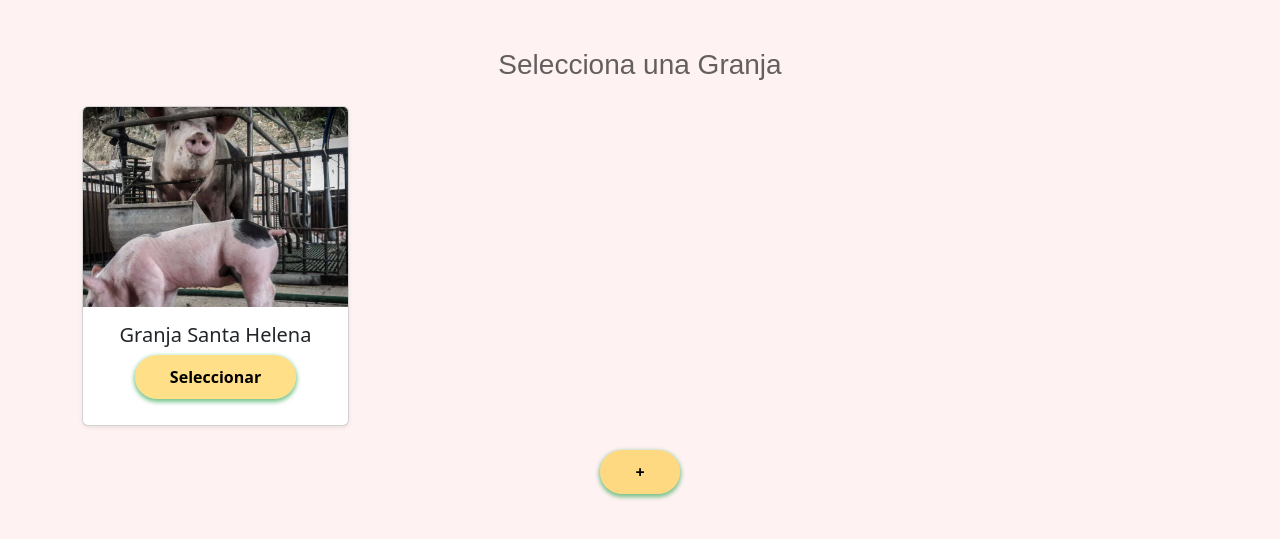
Repository: Mateojimenezz/Granja-Santa-Helena
Page: seleccionarGranja.html
An editor plug-in stored every save of this project. The page is shown before and after a run of saves, followed by the edit.
The browser window is 1280 px wide. The pictures show the whole page.
Some web fonts or font styles are not loaded; a fallback is used.

Above is the page before, as saved 2025-05-13 09:24:54.
Console error: SyntaxError: Unexpected token '}'

### seleccionarGranja.html
<!DOCTYPE html>
<html lang="es">
<head>
    <meta charset="UTF-8">
    <meta name="viewport" content="width=device-width, initial-scale=1.0">
    <title>La Granja</title>
    <link href="https://cdn.jsdelivr.net/npm/bootstrap@5.3.3/dist/css/bootstrap.min.css" rel="stylesheet" integrity="sha384-QWTKZyjpPEjISv5WaRU9OFeRpok6YctnYmDr5pNlyT2bRjXh0JMhjY6hW+ALEwIH" crossorigin="anonymous">

    <link rel="stylesheet" href="./assets/css/seleccionarGranja.css">
    <link rel="stylesheet" href="https://cdn.jsdelivr.net/npm/bootstrap-icons@1.11.3/font/bootstrap-icons.min.css">
    <link href="https://fonts.googleapis.com/css2?family=Calistoga&display=swap" rel="stylesheet">

  </head>
<body>
    <div class="container mt-5">
        <h3 class="text-center mb-4">Selecciona una Granja</h3>

        <div class="row g-3" id="granjas-list">
            <!-- Primera granja fija -->
            <div class="col-md-3">
                <div class="card shadow-sm">
                    <img src="./assets/img/granja2.jpg" class="card-img-top" alt="Santa Helena">
                    <div class="card-body text-center">
                        <h5 class="card-title">Granja Santa Helena</h5>
                        <button class="btn btn-form" onclick="seleccionarGranja('Santa Helena')">Seleccionar</button>
                    </div>
                </div>
            </div>

            <!-- Aquí se agregarán las granjas dinámicamente -->
        </div>

        <!-- Botón para ir a la página de agregar nueva granja -->
        <div class="text-center mt-4">
            <a id="agregar-granja" href="agregarGranja.html" class="btn btn-form "> + </a>
        </div>
    </div>






  <!-- bootstrap JS -->
  <script src="https://cdn.jsdelivr.net/npm/bootstrap@5.3.3/dist/js/bootstrap.bundle.min.js" integrity="sha384-YvpcrYf0tY3lHB60NNkmXc5s9fDVZLESaAA55NDzOxhy9GkcIdslK1eN7N6jIeHz" crossorigin="anonymous"></script>
  <script src="./assets/js/seleccionarGranja.js"></script>




</body>

</html>

### assets/css/seleccionarGranja.css

@import "./variables.css";
body{
    background-color: var( --color-FondoDiv2);
}
.granja-container {
    display: flex;
    flex-wrap: wrap;
    gap: 20px;
}
.container h3 {
    text-align: center;
    margin-bottom: 20px;
    color: var(--color-TextoMenuLateral);
    font-family: var(--font-principal);
}
.granja-card {
    width: 150px;
    margin: 10px;
    padding: 10px;
    border: 1px solid #ccc;
    border-radius: 8px;
    text-align: center;
    box-shadow: 2px 2px 10px rgba(0,0,0,0.2);
}



.granja-card button {
    margin-top: 10px;
    background-color: #007bff;
    color: white;
    border: none;
    padding: 5px 10px;
    cursor: pointer;
    border-radius: 5px;
}
.card-img-top {
    width: 100%;
    height: 200px; /* Ajusta según el diseño */
    object-fit: cover; /* Recorta la imagen para que se ajuste sin deformarse */

}
.btn-form{
    background-color: var(  --color-Botones);
    padding: 10px 35px;
    margin-bottom: 10px;
    border: none;
    border-radius: 30px;
    color: black;
    font-weight: bold;
    box-shadow: 0 2px 4px 1px  rgba(25, 157, 60, 0.6) /* Sombra verde */

  }
  .btn-form:hover {
    background-color: #f4cf50; /* Tonalidad más oscura */
    color: black;
  }
  .btn-form:active {
    background-color:var(--color-principal)!important;
    color: white !important;
    box-shadow: none !important;
  }
  #granjas-list {
    display: flex;
    flex-wrap: wrap; /* Las granjas se acomodan automáticamente */
    gap: 15px; /* Espaciado entre granjas */
}

#agregar-granja {
    align-self: flex-start; /* Asegura que el botón se mantenga al lado */
}

### assets/js/seleccionarGranja.js
// ✅ Mostrar vista previa de imagen antes de guardarla
document.getElementById("imagen")?.addEventListener("change", function(event) {
    const file = event.target.files[0];
    const reader = new FileReader();

    reader.onload = function() {
        document.getElementById("preview").src = reader.result;
        document.getElementById("preview").style.display = "block";
    };

    if (file) {
        reader.readAsDataURL(file);
    }
});

// ✅ Guardar nueva granja y redirigir a `seleccionarGranja.html`
document.getElementById("form-granja")?.addEventListener("submit", function(event) {
    event.preventDefault();

    const nombreGranja = document.getElementById("nombre").value;
    const urlImagen = document.getElementById("preview").src;

    if (nombreGranja && urlImagen) {
        let granjas = JSON.parse(localStorage.getItem("granjas")) || [];
        granjas.push({ nombre: nombreGranja, imagen: urlImagen });
        localStorage.setItem("granjas", JSON.stringify(granjas));

        alert("Granja agregada correctamente!");

        window.location.href = "seleccionarGranja.html"; // Redirigir
    }
});

// ✅ Cargar las granjas guardadas en `seleccionarGranja.html`
document.addEventListener("DOMContentLoaded", function() {
    const listaGranjas = document.getElementById("granjas-list");
    let granjas = JSON.parse(localStorage.getItem("granjas")) || [];

    if (granjas.length === 0) {
        console.warn("No hay granjas en el localStorage.");
    }

    granjas.forEach(granja => {
        const nuevaGranja = document.createElement("div");
        nuevaGranja.classList.add("col-md-3");

        nuevaGranja.innerHTML = `
            <div class="card shadow-sm">
                <img src="${granja.imagen}" class="card-img-top" alt="Imagen de ${granja.nombre}">
                <div class="card-body text-center">
                    <h5 class="card-title">${granja.nombre}</h5>
                    <button class="btn btn-form" onclick="seleccionarGranja('${granja.nombre}')">Seleccionar</button>
                </div>
            </div>
        `;

        listaGranjas.appendChild(nuevaGranja);
    });
});
const botonAgregar = document.createElement("div");
botonAgregar.classList.add("col-md-auto");
botonAgregar.innerHTML = `<button id="agregar-granja" class="btn btn-primary btn-lg">+ Agregar Nueva Granja</button>`;
listaGranjas.appendChild(botonAgregar);
});

function seleccionarGranja(nombre) {
    alert(`Has seleccionado la granja: ${nombre}`);
    localStorage.setItem("granjaSeleccionada", nombre);
    window.location.href = "dashboard.html"; // Redirigir a la vista de la granja
}

// ✅ Guardar la granja seleccionada y redirigir a `inicio.html`
function seleccionarGranja(nombre) {
    localStorage.setItem("granjaSeleccionada", nombre);
    window.location.href = "paginaDeInicio.html"; // Redirigir a la página principal
}

### assets/css/variables.css
/* variables.css */
:root {
    --color-principal: #1CAD48 ;
    --color-Botones: rgba(255, 187, 0, 0.47);
    --color-texto: white;
    --color-fondo: #f5f5f5;
    --font-principal: 'calistoga','arial';
    --color-fondoDiv: #F8E91C;
    --color-FondoDiv2:#FFF2F2;
    --color-Footter: #D9D9D9;
    --letra-gris: #B0B0B7;
    --color-menu-lateral:#BDEAAD;
    --color-TextoMenuLateral:#645f5f; /* Color de texto del menú lateral */
    --fondo-formularios:#FFFFFF; /* Color de fondo de los formularios */
  }

After the next 4 saves:
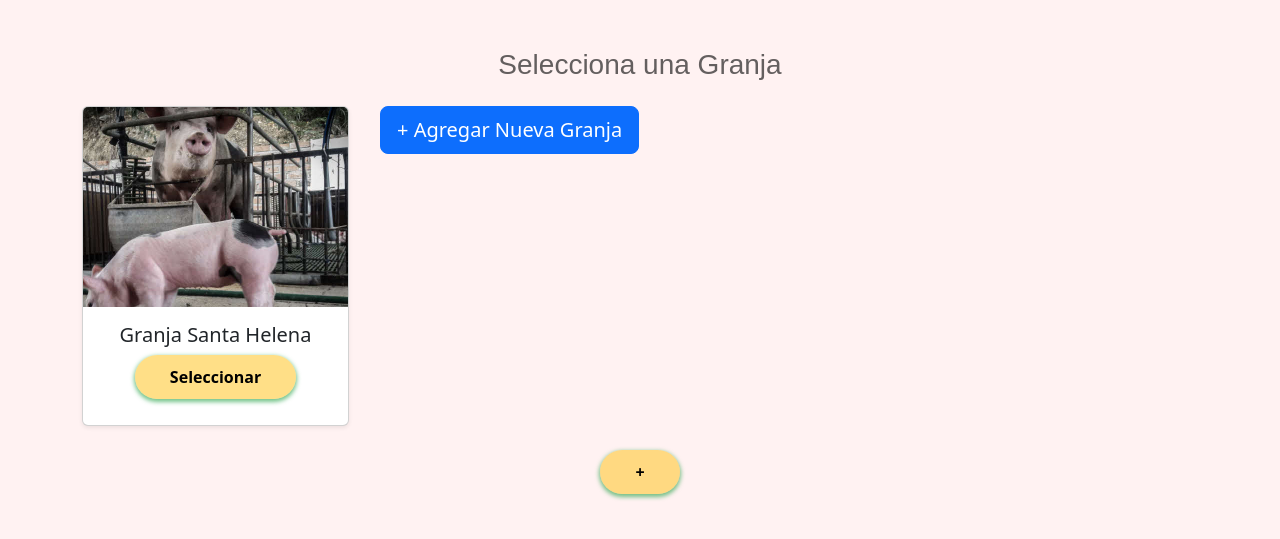
The error is gone.
The 4 saves are shown as one change because they came seconds apart.
The last was saved 12 s later.
--- a/assets/js/seleccionarGranja.js
+++ b/assets/js/seleccionarGranja.js
@@ -56,12 +56,12 @@
 
         listaGranjas.appendChild(nuevaGranja);
     });
+    const botonAgregar = document.createElement("div");
+    botonAgregar.classList.add("col-md-auto");
+    botonAgregar.innerHTML = `<button id="agregar-granja" class="btn btn-primary btn-lg">+ Agregar Nueva Granja</button>`;
+    listaGranjas.appendChild(botonAgregar);
 });
-const botonAgregar = document.createElement("div");
-botonAgregar.classList.add("col-md-auto");
-botonAgregar.innerHTML = `<button id="agregar-granja" class="btn btn-primary btn-lg">+ Agregar Nueva Granja</button>`;
-listaGranjas.appendChild(botonAgregar);
-});
+
 
 function seleccionarGranja(nombre) {
     alert(`Has seleccionado la granja: ${nombre}`);
